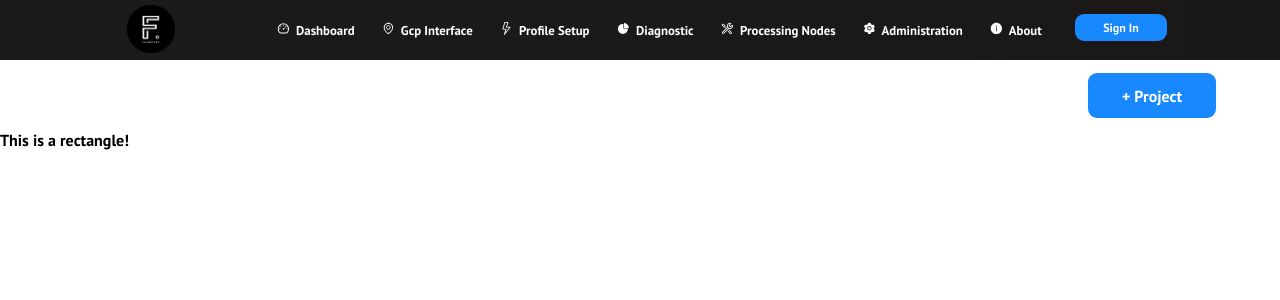
Repository: Akshaykumar1111/akki
Page: /Dashboard
An editor plug-in stored every save of this project. The page is shown before and after the next save, followed by the edit.
The browser window is 1280 px wide. The pictures show the whole page.
Some web libraries are served in a nearby version. The project was rebuilt for these pictures with package versions that can differ from the ones it lists, and the page was loaded fresh each time. Also part of the build but not shown: src/components/pages/Administration.css, src/components/pages/Administration.js, src/components/pages/Diagnostic.js, src/components/pages/ProfileSetup.js, src/components/pages/GcpInterface.js, src/components/pages/ProcessingNodes.js, src/components/pages/About.js, src/components/pages/Popup.css and 7 more.

Above is the page before, as saved 2022-10-20 10:22:18.

### src/App.css
* {
  box-sizing: border-box;
  margin: 0;
  padding: 0;
  font-family: 'PT Sans', sans-serif;
}

.home,
.Diagnostic,
.Dashboard,
.ProfileSetup,
.GcpInterface,
.ProcessingNodes,
.products,
.Administration,
.DeveloperTools,
.About,
.sign-up,
.SigUp,
.Forgot,
.marketing,
.consulting {
  display: flex;
  height: 961.3px;
  align-items: center;
  justify-content: center;
  font-size: 2rem;
}


.map-container{
  width: 100%;
  height: 100%;
}

.Dashboard {
  background-image: url('./images/img-1.jpg');
  background-position: center;
  background-size: cover;
  background-repeat: no-repeat;
  color: #fff;
  font-size: 100px;

  margin-bottom: 10px;
}

.GcpInterface {
  background-image: url('./images/img-2.jpg');
  background-position: center;
  background-size: cover;
  background-repeat: no-repeat;
  color: #fff;
  font-size: 100px;
}

.Diagnostic {
  background-image: url('./images/img-3.jpg');
  background-position: center;
  background-size: fill;
  background-repeat: no-repeat;
  color: #fff;
  font-size: 100px;
}

.ProfileSetup {
  background-image: url('./images/img-4.jpg');
  background-position: center;
  background-size: cover;
  background-repeat: no-repeat;
  color: #fff;
  font-size: 100px;
}

.sign-up {
  background-image: url('./images/img-7.jpg');
  background-position: center;
  background-size: cover;
  background-repeat: no-repeat;
  color: #fff;
  font-size: 100px;
}

.marketing {
  background-image: url('./images/img-6.jpg');
  background-position: center;
  background-size: cover;
  background-repeat: no-repeat;
  color: #fff;
  font-size: 100px;
}

.consulting {
  background-image: url('./images/img-5.jpg');
  background-position: bottom;
  background-size: cover;
  background-repeat: no-repeat;
  color: #fff;
  font-size: 100px;
}

### src/components/pages/Dashboard.js

import React from 'react';
import '../../App.css';
import '../Button.css';
import './Dashboard.css';

export default function Dashboard() {
  return ( <>

  <button type="button" className='btn projectbtn'>+ Project</button>
  <div>This is a rectangle!</div>
  </>
  )
 }

### src/components/Button.js
import React from 'react';
import './Button.css';
import { Link } from 'react-router-dom';

export function Button() {
  return (
    <Link to='sign-In'>
      <button className='btn'>Sign In</button>
    </Link>
  );
}

### src/components/Navbar.css
.navbar {

  height: 70px;
  display: flex;
  justify-content: center;
  align-items: center;
  font-size: 1.2rem;


}
.nav-bg1{
  background-color: rgba(42, 41, 41, 0.606);
  }
.nav-bg2{
  background: linear-gradient(90deg, rgb(28, 27, 27) 0%, rgb(26, 23, 23) 100%);

}

.navbar-logo {
  color: #fff;
  justify-self: start;
  margin-left: 20px;
  cursor: pointer;
  text-decoration: none;
  font-size: 2rem;
}

.fa-firstdraft {
    margin-left: -18%;
    font-size: 1rem;
    height: 4rem;
    width: 4rem;
    text-align: center;
    margin-top: 12%;
    margin-left: -190%;
}
/* .log-img{
  width: 8%;
} */
.nav-menu {
  display: grid;
  grid-template-columns: repeat(8, auto);
  grid-gap: 10px;
  list-style: none;
  text-align: center;
  width: 70vw;
  justify-content: end;
  margin-right: 2rem;
}

.nav-item {
  display: flex;
  align-items: center;
  height: 80px;
  margin-top: 8%;
  display: flex;
}

.nav-links {
  color: white;
  text-decoration: none;
  padding: 0.5rem 1rem;
}

.nav-links:hover {
  background-color: #1888ff;
  border-radius: 4px;
  transition: all 0.2s ease-out;
}

.fa-bars {
  color: #fff;
}

.nav-links-mobile {
  display: none;
}

.menu-icon {
  display: none;
}
.li1{
  margin-top: 9%;
}

.li2{
  margin-top: 8%;
}
.li4{
  margin-top: 9%;
}
.li5{
  margin-top: 6.5%;
}
.li6{
  margin-top: 7.3%;
}
.li7{
  margin-top: 12.4%;
}
.li8{
  margin-top: 7%;
}

.nav-links1 {
  color: white;
  text-decoration: none;
  padding: 0.5rem 1rem;
}






@media screen and (max-width: 1648px) {
  .navbar {
    /* background: linear-gradient(90deg, rgb(28, 27, 27) 0%, rgb(26, 23, 23) 100%); */
    height: 60px;
    display: flex;
    justify-content: center;
    align-items: center;
    font-size: 0.8rem;
  }
  .nav-bg1{
    background-color: rgba(42, 41, 41, 0.606);
    }
  .nav-bg2{
    background: linear-gradient(90deg, rgb(28, 27, 27) 0%, rgb(26, 23, 23) 100%);

  }
  .navbar-logo {
    color: #fff;
    justify-self: start;
    margin-left: 20px;
    cursor: pointer;
    text-decoration: none;
    font-size: 1.5rem;
    padding-right: 1%;
  }

  .fa-firstdraft {
    margin-left: -6%;
    font-size: 1rem;
    height: 3rem;
    width: 3rem;
    text-align: center;
    margin-top: 12%;
}

  .nav-menu {
    display: grid;
    grid-template-columns: repeat(8, auto);
    grid-gap: 8px;
    list-style: none;
    text-align: center;
    width: 75vw;
    justify-content: end;
    margin-right: 1.2rem;
  }

  .nav-item {
    display: flex;
    align-items: center;
    height: 75px;
  }

  .nav-links {
    color: white;
    text-decoration: none;
    padding: 0.5rem 0.6rem;
  }

  .nav-links1 {
    color: white;
    text-decoration: none;
    padding: 0.5rem 1rem;
  }

  .nav-links:hover {
    background-color: #1888ff;
    border-radius: 4px;
    transition: all 0.2s ease-out;
  }

  .fa-bars {
    color: #fff;
  }

  .nav-links-mobile {
    display: none;
  }

  .menu-icon {
    display: none;
  }
  .li1{
    margin-top: 9%;
  }

  .li2{
    margin-top: 8%;
  }
  .li4{
    margin-top: 9%;
  }
  .li5{
    margin-top: 6.5%;
  }
  .li6{
    margin-top: 7.3%;
  }
  .li7{
    margin-top: 12.4%;
  }
  .li8{
    margin-top: 7%;
  }

}



@media screen and (max-width: 961px) {
  .NavbarItems {
    position: relative;
  }

  .nav-menu {
    display: flex;
    flex-direction: column;
    width: 100%;
    height: 90vh;
    position: absolute;
    top: 80px;
    left: -100%;
    opacity: 1;
    transition: all 0.5s ease;
  }

  .nav-menu.active {
    background: #242222;
    left: 0;
    opacity: 1;
    transition: all 0.5s ease;
    z-index: 1;
  }

  .nav-links {
    text-align: center;
    padding: 0rem;
    width: 100%;
    display: table;
    margin-top: -1%;
  }

  .nav-links1 {
    color: white;
    text-decoration: none;
    padding: 0.5rem 1rem;
  }


  .nav-links:hover {
    background-color: #1888ff;
    border-radius: 0;
  }

  .navbar-logo {
    position: absolute;
    top: 0;
    left: 0;
    transform: translate(25%, 50%);
  }

  .menu-icon {
    display: block;
    position: absolute;
    top: -8px;
    right: 0;
    transform: translate(-100%, 60%);
    font-size: 1.8rem;
    cursor: pointer;
  }

  .fa-times {
    color: #fff;
    font-size: 2rem;
  }
  .nav-item {
    display: flex;
    align-items: center;
    height: 88px;
    font-size: 155%;
}

  .nav-links-mobile {
    display: block;
    text-align: center;
    /* padding: 1.5rem; */
    margin: 0rem auto;
    border-radius: 16px;
    width: 50%;
    background: #1888ff;
    text-decoration: none;
    color: #fff;
    font-size: 1.2rem;
    height: 55px;
    margin-bottom: 2%;
    padding-top: 2%;
  }

  .nav-links-mobile:hover {
    background: #fff;
    color: #1888ff;
    transition: 250ms;
  }

  .nav-Button{
    margin-top: 14%;
  }
  /* button {
    display: none;
  } */
  .fa-firstdraft {
    margin-left: 85%;
    font-size: 1rem;
    height: 3rem;
    width: 3rem;
    text-align: center;
    margin-top: -28%;
}
.li1{
  margin-top: 9%;
}

.li2{
  margin-top: 8%;
}
.li4{
  margin-top: 9%;
}
.li5{
  margin-top: 6.5%;
}
.li6{
  margin-top: 7.3%;
}
.li7{
  margin-top: 12.4%;
}
.li8{
  margin-top: 7%;
}

}



@media screen and (max-width: 480px) {
  .NavbarItems {
    position: relative;
  }

  .nav-menu {
    display: flex;
    flex-direction: column;
    width: 100%;
    height: 90vh;
    position: absolute;
    top: 80px;
    left: -100%;
    opacity: 1;
    transition: all 0.5s ease;
  }

  .nav-menu.active {
    background: #242222;
    left: 0;
    opacity: 1;
    transition: all 0.5s ease;
    z-index: 1;
  }

  .nav-links {
    text-align: center;
    padding: 0rem;
    width: 100%;
    display: table;
    margin-top: -1%;
  }

  .nav-links1 {
    color: white;
    text-decoration: none;
    padding: 0.5rem 1rem;
  }


  .nav-links:hover {
    background-color: #1888ff;
    border-radius: 0;
  }

  .navbar-logo {
    position: absolute;
    top: 0;
    left: 0;
    transform: translate(25%, 50%);
  }

  .menu-icon {
    display: block;
    position: absolute;
    top: -8px;
    right: 0;
    transform: translate(-100%, 60%);
    font-size: 1.8rem;
    cursor: pointer;
  }

  .fa-times {
    color: #fff;
    font-size: 2rem;
  }
  .nav-item {
    display: flex;
    align-items: center;
    height: 88px;
    font-size: 155%;
}

  .nav-links-mobile {
    display: block;
    text-align: center;
    /* padding: 1.5rem; */
    margin: 0rem auto;
    border-radius: 16px;
    width: 50%;
    background: #1888ff;
    text-decoration: none;
    color: #fff;
    font-size: 1.2rem;
    height: 55px;
    margin-bottom: 2%;
    padding-top: 2%;
  }

  .nav-links-mobile:hover {
    background: #fff;
    color: #1888ff;
    transition: 250ms;
  }

  .nav-Button{
    margin-top: 14%;
  }
  /* button {
    display: none;
  } */
  .fa-firstdraft {
    margin-left: 50%;
    font-size: 1rem;
    height: 3rem;
    width: 3rem;
    text-align: center;
    margin-top: -28%;
}
.li1{
  margin-top: 9%;
}

.li2{
  margin-top: 8%;
}
.li4{
  margin-top: 9%;
}
.li5{
  margin-top: 6.5%;
}
.li6{
  margin-top: 7.3%;
}
.li7{
  margin-top: 12.4%;
}
.li8{
  margin-top: 7%;
}

}

/* <-----------sticky navbar----------> */
/* .sticky{
  position: fixed;
  top: 0;
  left: 0;
  width: 100%;
  height: 5rem;
  padding-top: 0;
  padding-bottom: 0;
  box-shadow: 0 0 2rem 0 rgb(0,0,0,5);
} */
/* <-----------sticky navbar end----------> */

### src/components/Button.css
:root {
  --primary: #1888ff;
}

.btn {
  padding: 6px 9px;
  border-radius: 4px;
  outline: none;
  border: none;
  font-size: 15px;
  color: #fff;
  cursor: pointer;
  background-color: var(--primary);
  margin-top: 33%;
}
.projectbtn {
  font-size: 150%;
  /* padding: 0.5% 0.1% 0.5% 0.1%; */
  width: 10%;
  margin-top: 1%;
  margin-left: 89%;
}

.btn:hover {
  padding: 5px 9px;
  transition: all 0.3s ease-out;
  background-color: transparent;
  color: #fff;
  border-radius: 4px;
  border: 2px solid var(--primary);
  transition: all 0.3s ease-out;
}
@media screen and (max-width: 1140px) {
  .NavbarItems {
    position: relative;
  }
  :root {
    --primary: #1888ff;
  }

  .btn {
    padding: 6px 12px;
    border-radius: 9px;
    outline: none;
    border: none;
    font-size: 12px;
    color: #fff;
    cursor: pointer;
    background-color: var(--primary);
    margin-top: 36%;
  }
  .projectbtn {
    font-size: 150%;
    /* padding: 0.5% 0.1% 0.5% 0.1%; */
    width: 10%;
    margin-top: 1%;
    margin-left: 89%;
  }

  .btn:hover {
    padding: 6px 18px;
    transition: all 0.3s ease-out;
    background-color: transparent;
    color: #fff;
    border-radius: 4px;
    border: 2px solid var(--primary);
    transition: all 0.3s ease-out;
  }
}

@media screen and (max-width: 1648px) {
  .NavbarItems {
    position: relative;
  }
  :root {
    --primary: #1888ff;
  }

  .btn {
    padding: 6px 12px;
    border-radius: 9px;
    outline: none;
    border: none;
    font-size: 12px;
    color: #fff;
    cursor: pointer;
    background-color: var(--primary);
    margin-top: 26%;
  }
  .projectbtn {
    font-size: 100%;
    padding: 1% 0.1% 1% 0.1%;
    width: 10%;
    margin-top: 1%;
    margin-left: 85%;
  }

  .btn:hover {
    padding: 6px 18px;
    transition: all 0.3s ease-out;
    background-color: transparent;
    color: #fff;
    border-radius: 4px;
    border: 2px solid var(--primary);
    transition: all 0.3s ease-out;
  }
}




@media screen and (max-width: 961px) {
  .NavbarItems {
    position: relative;
  }
  :root {
    --primary: #1888ff;
  }

  .btn {

    border-radius: 9px;
    outline: none;
    border: none;
    font-size: 12px;
    color: #fff;
    cursor: pointer;
    background-color: var(--primary);
    width: auto;
    margin-top: 3%;
  }
  .projectbtn {
    font-size: 100%;
    padding: 1.5% 0.1% 1.5% 0.1%;
    width: 10%;
    margin-top: 1%;
    margin-left: 86%;
  }

  .btn:hover {
    padding: 0px 0px;
    transition: all 0.3s ease-out;
    background-color: transparent;
    color: #fff;
    border-radius: 4px;
    border: 2px solid var(--primary);
    transition: all 0.3s ease-out;
  }
}

### src/components/pages/Dashboard.css
div{
    width:500px
    height:100px
    border:1px solid black
   background: transparent
 }

### src/components/pages/Signin.css
.sign-ups{
    display: flex;
    height: 33px;
    align-items: center;
    justify-content: center;
    font-size: 3rem;
    margin-top: -9px;
    color:whitesmoke;
    text-shadow: 2px 2px 15px white;
  }
  body {font-family: Arial, Helvetica, sans-serif;}
  /* The Modal (background) */
  .Main-login-Div {
  width: 100%;
  height: 100%;
  background-color: rgba(0,0,0,0.4);

  padding:10% 20% 5.6% 20%;

  background-image: url('../../images/abhi.jpg');
  background-size: cover;


  }

  /* input[type=text], input[type=password] {
  width: 100%;
  padding: 12px 20px;
  margin: 12px 0;
  display: inline-block;
  border: 1px solid #ccc;
  box-sizing: border-box;
  } */
  .input[type=text], .input[type=password] {
    width: 100%;
    padding: 12px 20px;
    margin: 12px 0;
    display: inline-block;
    border: 1px solid #ccc;
    box-sizing: border-box;
    }

  /* Set a style for all buttons */
  button {
  background-color: var(--primary);
  color: white;
  padding: 14px 20px;
  margin: 12px 0;
  border: none;
  cursor: pointer;
  width: 100%;
  border-radius: 10px;

  }


  button:hover {
  opacity: 0.8;
  }

  .nav-links-mobile {
    display: none;
  }

  /* Extra styles for the cancel button */
  .cancelbtn {
  width: auto;
  padding: 10px 18px;
  background-color: #f44336;
  border-radius: 9%;
  }

  .Signupbtn{
  width: auto;
  padding: 10px 18px;
  background-color: var(--primary);
  text-align: center;
  border-radius: 9%;
  }

  /* Center the image and position the close button */
  .imgcontainer  {
  text-align: center;
  margin: 24px 0 12px 0;
  position: relative;
  }

  img.avatar {
  width: 40%;
  border-radius: 50%;
  }

  .container {
  padding: 16px;
  /* text-align: right; */

  }
  .cont2{
    margin-left: 75px;
  }

  .container5 {

  /* text-align: right; */
  width: 100%;
  display: flex;
  /* height: 10%; */

  }

  .container1 {
  padding: 16px;

  width: 80%;

  }
  .container2 {
  width: 20%;
  text-align: right;
  padding: 16px;

  }







  span.psw {
  float: right;
  padding-top: 16px;
  }



  /* Modal Content/Box */
  .modal-content {
  background-color: #fefefe;
  margin: 5% auto 15% auto; /* 5% from the top, 15% from the bottom and centered */
  border: 1px solid #888;
  width: 80%; /* Could be more or less, depending on screen size */
  border-radius: 18px;
  }

  /* The Close Button (x) */
  .close {
  position: absolute;
  right: 25px;
  top: 0;
  color: #000;
  font-size: 35px;
  font-weight: bold;
  }

  .close:hover,
  .close:focus {
  color: red;
  cursor: pointer;
  }

  /* Add Zoom Animation */
  .animate {
  -webkit-animation: animatezoom 0.6s;
  animation: animatezoom 0.6s
  }

  @-webkit-keyframes animatezoom {
  from {-webkit-transform: scale(0)}
  to {-webkit-transform: scale(1)}
  }

  @keyframes animatezoom {
  from {transform: scale(0)}
  to {transform: scale(1)}
  }


  /* /////////////////////////////////////////////////////////////////////////////////////////////////////////////////// */
  @media screen and (max-width: 961px){
  .sign-ups{
    display: flex;
    height: 33px;
    align-items: center;
    justify-content: center;
    font-size: 3rem;
    margin-top: -9px;
    color:whitesmoke;
    text-shadow: 2px 2px 15px white;
  }
  body {font-family: Arial, Helvetica, sans-serif;}
  /* The Modal (background) */
  .Main-login-Div {
  width: 100%; /* Full width */
  height: 100%; /* Full height */
  background-color: rgba(0,0,0,0.4); /* Black w/ opacity */
  padding-top: 15%;
  padding-bottom: 2%;

  background-image: url('../../images/abhi.jpg');
  background-size: cover;


  }

  .input2[type=text], .input2[type=password] {
  width: 80%;
  padding: 12px 20px;
  margin: 12px 0;
  display: inline-block;
  border: 1px solid #ccc;
  box-sizing: border-box;
  }

  /* Set a style for all buttons */
  button {
  background-color: var(--primary);
  color: white;
  padding: 14px 20px;
  margin: 12px 0;
  border: none;
  cursor: pointer;
  width: 100%;
  border-radius: 10px;
  }


  button:hover {
  opacity: 0.8;
  }

  /* Extra styles for the cancel button */
  .cancelbtn {
  /* width: auto; */
  padding: 10px 18px;
  background-color: #f44336;
  }

  .Signupbtn{
  /* width: auto; */
  padding: 10px 18px;
  background-color: var(--primary);
  text-align: center;

  }

  /* Center the image and position the close button */
  .imgcontainer  {
  text-align: center;
  margin: 24px 0 12px 0;
  position: relative;
  }

  img.avatar {
  width: 40%;
  border-radius: 50%;
  }

  .container {
  padding: 16px;
  /* text-align: right; */

  }

  .container5 {

  /* text-align: right; */
  width: 100%;
  display: flex;
  /* height: 10%; */

  }

  .container1 {
  padding: 16px;

  width: 80%;

  }
  .container2 {
  width: 50%;
  text-align: right;
  padding: 16px;

  }








  span.psw {
  float: right;
  padding-top: 16px;
  }



  /* Modal Content/Box */
  .modal-content {
  background-color: #fefefe;
  margin: 5% auto 15% auto; /* 5% from the top, 15% from the bottom and centered */
  border: 1px solid #888;
  width: 80%; /* Could be more or less, depending on screen size */
  border-radius: 18px;
  }

  /* The Close Button (x) */
  .close {
  position: absolute;
  right: 25px;
  top: 0;
  color: #000;
  font-size: 35px;
  font-weight: bold;
  }

  .close:hover,
  .close:focus {
  color: red;
  cursor: pointer;
  }

  /* Add Zoom Animation */
  .animate {
  -webkit-animation: animatezoom 0.6s;
  animation: animatezoom 0.6s
  }

  @-webkit-keyframes animatezoom {
  from {-webkit-transform: scale(0)}
  to {-webkit-transform: scale(1)}
  }

  @keyframes animatezoom {
  from {transform: scale(0)}
  to {transform: scale(1)}
  }
  }
  @media screen and (max-width: 300px) {
    span.psw {
       display: block;
       float: none;
    }
    .cancelbtn {
       width: 100%;
    }
  }

  @media screen and (max-width: 610px){
    .sign-ups{
      display: flex;
      height: 33px;
      align-items: center;
      justify-content: center;
      font-size: 2rem;
      margin-top: -9px;
      color:whitesmoke;
      text-shadow: 2px 2px 15px white;
    }
    body {font-family: Arial, Helvetica, sans-serif;}
    /* The Modal (background) */
    .Main-login-Div {
    width: 100%; /* Full width */
    height: 100%; /* Full height */
    background-color: rgba(0,0,0,0.4); /* Black w/ opacity */
    padding-top: 15%;
    padding-bottom: 2%;

    background-image: url('../../images/abhi.jpg');
    background-size: cover;


    }

    .input[type=text], .input[type=password] {
    width: 100%;
    padding: 12px 20px;
    margin: 12px 0;
    display: inline-block;
    border: 1px solid #ccc;
    box-sizing: border-box;
    }

    /* Set a style for all buttons */
    /* button {
    background-color: var(--primary);
    color: white;
    padding: 14px 20px;
    margin: 12px 0;
    border: none;
    cursor: pointer;
    width: 126%;
    } */
    .button {
      background-color: var(--primary);
      color: white;
      padding: 14px 20px;
      margin: 12px 0;
      border: none;
      cursor: pointer;
      width: 100%;
      border-radius: 10px;
      }



    button:hover {
    opacity: 0.8;
    }

    /* Extra styles for the cancel button */
    .cancelbtn {
    /* width: auto; */
    padding: 7px 14px;
    background-color: #f44336;
    }
    .cont2{
      margin-left: 75px;

    }
    .Signupbtn{
    /* width: auto; */
    padding: 3px 11px;
    background-color: var(--primary);
    text-align: center;
    font-size: 14px;

    }
    .Forgot-password{
      font-size: 12px;
    }

    /* Center the image and position the close button */
    .imgcontainer  {
    text-align: center;
    margin: 24px 0 12px 0;
    position: relative;
    }

    img.avatar {
    width: 40%;
    border-radius: 50%;
    }

    .container {
    padding: 16px;
    /* text-align: right; */
    width: 100%;

    }

    .container5 {

    /* text-align: right; */
    width: 100%;
    display: flex;
    /* height: 10%; */

    }

    .container1{
    padding: 16px;

    width: 80%;

    }
    .container2 {
    width: 50%;
    text-align: right;
    padding: 16px;

    }








    span.psw1 {
    float: right;
    padding-top: 16px;
    }



    /* Modal Content/Box */
    .modal-content {
    background-color: #fefefe;
    margin: 5% auto 15% auto; /* 5% from the top, 15% from the bottom and centered */
    border: 1px solid #888;
    width: 80%; /* Could be more or less, depending on screen size */
    border-radius: 18px;
    }

    /* The Close Button (x) */
    .close {
    position: absolute;
    right: 25px;
    top: 0;
    color: #000;
    font-size: 35px;
    font-weight: bold;
    }

    .close:hover,
    .close:focus {
    color: red;
    cursor: pointer;
    }

    /* Add Zoom Animation */
    .animate {
    -webkit-animation: animatezoom 0.6s;
    animation: animatezoom 0.6s
    }

    @-webkit-keyframes animatezoom {
    from {-webkit-transform: scale(0)}
    to {-webkit-transform: scale(1)}
    }

    @keyframes animatezoom {
    from {transform: scale(0)}
    to {transform: scale(1)}
    }
    }

    @media screen and (max-width: 523px){
      .sign-ups{
        display: flex;
        height: 33px;
        align-items: center;
        justify-content: center;
        font-size: 1.5rem;
        margin-top: -9px;
        color:whitesmoke;
        text-shadow: 2px 2px 15px white;
      }
      body {font-family: Arial, Helvetica, sans-serif;}
      /* The Modal (background) */
      .Main-login-Div {
      width: 100%; /* Full width */
      height: 100%; /* Full height */
      background-color: rgba(0,0,0,0.4); /* Black w/ opacity */
      padding-top: 15%;
      padding-bottom: 2%;

      background-image: url('../../images/abhi.jpg');
      background-size: cover;


      }

      .input[type=text], .input[type=password] {
      width: 100%;
      padding: 12px 20px;
      margin: 12px 0;
      display: inline-block;
      border: 1px solid #ccc;
      box-sizing: border-box;
      }

      /* Set a style for all buttons */
      /* button {
      background-color: var(--primary);
      color: white;
      padding: 14px 20px;
      margin: 12px 0;
      border: none;
      cursor: pointer;
      width: 126%;
      } */
      .button {
        background-color: var(--primary);
        color: white;
        padding: 14px 20px;
        margin: 12px 0;
        border: none;
        cursor: pointer;
        width: 100%;
        border-radius: 10px;

        }



      button:hover {
      opacity: 0.8;
      }

      /* Extra styles for the cancel button */
      .cancelbtn {
      /* width: auto; */
      padding: 7px 14px;
      background-color: #f44336;
      }
      .cont2{
        margin-left: 30px;

      }
      .Signupbtn{
      /* width: auto; */
      padding: 3px 11px;
      background-color: var(--primary);
      text-align: center;
      font-size: 14px;

      }
      .Forgot-password{
        font-size: 12px;
      }

      /* Center the image and position the close button */
      .imgcontainer  {
      text-align: center;
      margin: 24px 0 12px 0;
      position: relative;
      }

      img.avatar {
      width: 40%;
      border-radius: 50%;
      }

      .container {
      padding: 16px;
      /* text-align: right; */
      width: 100%;

      }

      .container5 {

      /* text-align: right; */
      width: 100%;
      display: flex;
      /* height: 10%; */

      }

      .container1{
      padding: 16px;

      width: 80%;

      }
      .container2 {
      width: 50%;
      text-align: right;
      padding: 16px;

      }








      span.psw1 {
      float: right;
      padding-top: 16px;
      }



      /* Modal Content/Box */
      .modal-content {
      background-color: #fefefe;
      margin: 5% auto 15% auto; /* 5% from the top, 15% from the bottom and centered */
      border: 1px solid #888;
      width: 80%; /* Could be more or less, depending on screen size */
      border-radius: 18px;
      }

      /* The Close Button (x) */
      .close {
      position: absolute;
      right: 25px;
      top: 0;
      color: #000;
      font-size: 35px;
      font-weight: bold;
      }

      .close:hover,
      .close:focus {
      color: red;
      cursor: pointer;
      }

      /* Add Zoom Animation */
      .animate {
      -webkit-animation: animatezoom 0.6s;
      animation: animatezoom 0.6s
      }

      @-webkit-keyframes animatezoom {
      from {-webkit-transform: scale(0)}
      to {-webkit-transform: scale(1)}
      }

      @keyframes animatezoom {
      from {transform: scale(0)}
      to {transform: scale(1)}
      }

      }

Loaded but not shown: public/index.html (common file); src/index.js (common file); src/components/Navbar.js (179 lines, source omitted); src/App.js (57 lines, source omitted)

After the next save:
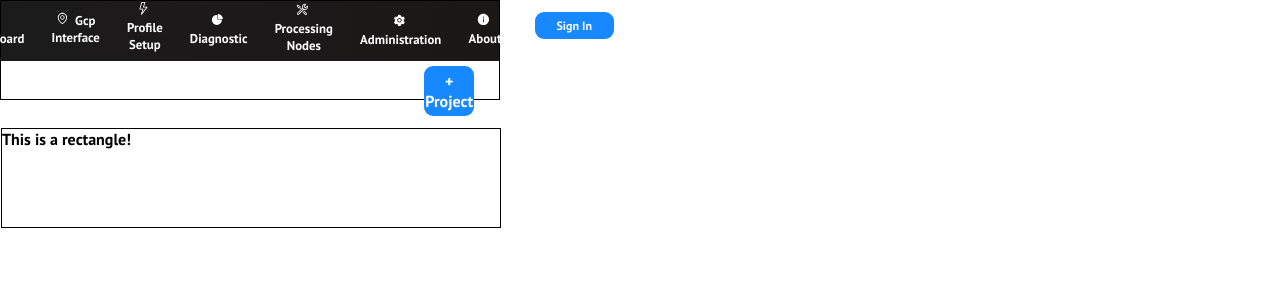
Saved 13 s later.
--- a/src/components/pages/Dashboard.css
+++ b/src/components/pages/Dashboard.css
@@ -1,6 +1,6 @@
 div{
-    width:500px
-    height:100px
-    border:1px solid black
+    width:500px ;
+    height:100px ;
+    border:1px solid black ;
    background: transparent
  }

After the save that followed:
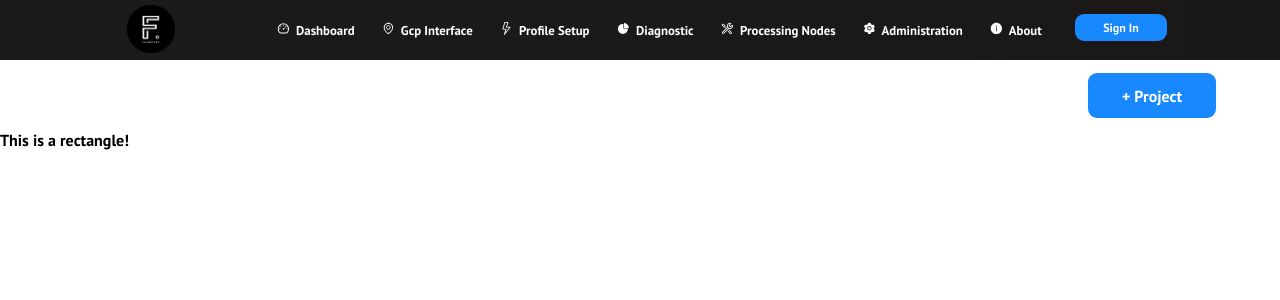
Saved 15 s later.
--- a/src/components/pages/Dashboard.css
+++ b/src/components/pages/Dashboard.css
@@ -1,4 +1,4 @@
-div{
+.div{
     width:500px ;
     height:100px ;
     border:1px solid black ;
